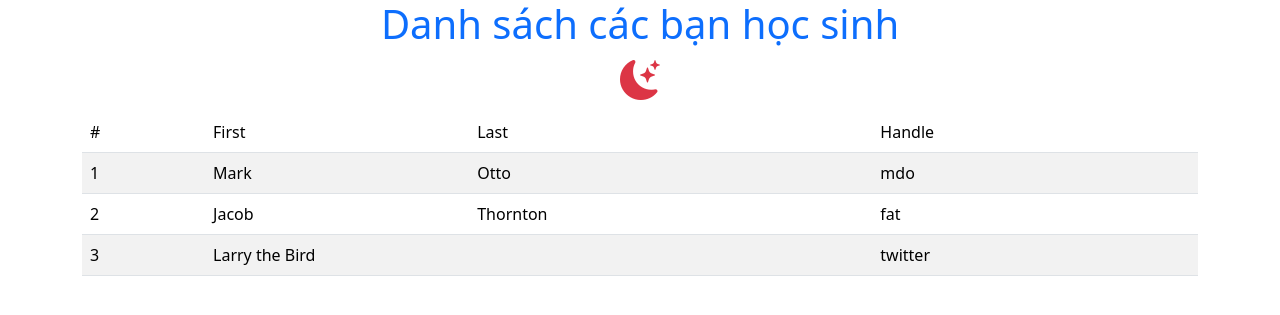
Repository: danghoanghai2k2/BeginAnguLar
Page: / (app in FirstAnGuLar/)
The author's editor kept a copy of each file at every save. The page is drawn from the files as they stood at one save, then again after the next save.
The browser window is 1280 px wide. The pictures show the whole page.
The project was rebuilt for these pictures with package versions that can differ from the ones it lists, and the page was loaded fresh each time. Also part of the build but not shown: FirstAnGuLar/angular.json.

Above is the page before, as saved 2024-06-06 16:41:34.

### FirstAnGuLar/src/index.html
<!doctype html>
<html lang="en">
<head>
  <meta charset="utf-8">
  <title>FirstAnGuLar</title>
  <base href="/">
  <meta name="viewport" content="width=device-width, initial-scale=1">
  <link rel="icon" type="img" href="../public/img/465.jpg">
</head>
<body>
  <app-root></app-root>
</body>
</html>

### FirstAnGuLar/src/styles.css

*,
*:before,
*:after {
  box-sizing: border-box;
}
* {
  margin: 0;
  padding: 0;
  font: inherit;
}
img,
picture,
svg,
video {
  display: block;
  max-width: 100%;
}
input,
select,
textarea {
  background-color: transparent;
  outline: none;
}
button {
  cursor: pointer;
  background-color: transparent;
  outline: none;
  border: 0;
}
body {
  min-height: 100vh;
  font-weight: 400;
  font-size: 16px;
  line-height: 1;
}

### FirstAnGuLar/src/main.ts
import { bootstrapApplication } from '@angular/platform-browser';
import { appConfig } from './app/app.config';
import { AppComponent } from './app/app.component';
// import { ChildComponent } from './app/child/child.component';

bootstrapApplication(AppComponent, appConfig)
  .catch((err) => console.error(err));

### FirstAnGuLar/src/app/app.component.ts
import { Component } from '@angular/core';
import { RouterOutlet } from '@angular/router';
import { User } from './common/User';

@Component({
  selector: 'app-root',
  standalone: true,
  imports: [RouterOutlet],
  templateUrl: './app.component.html',
  styleUrl: './app.component.css'
})
export class AppComponent {
  // tạo ra thẻ tiêu đề
  lists = 'Danh sách các bạn học sinh';
  users:User  = {
    id: 1,
    name: 'Nguyễn Văn A',
    email:'danghoanghai2k2@gmail.com',
    address:'thái Bình - Tiền Hải',

    getName() {
        return this.name;
    },
  }
}

### FirstAnGuLar/src/app/app.component.html
<div class="container">
    <div class="header">
        <h1 class="text-center text-primary">{{lists}}</h1>
        <h1 class="text-center text-danger"><i class="bi bi-moon-stars-fill"></i></h1>
    </div>
    <table class="table table-striped">
        <thead>
          <tr>
            <th scope="col">#</th>
            <th scope="col">First</th>
            <th scope="col">Last</th>
            <th scope="col">Handle</th>
          </tr>
        </thead>
        <tbody>
          <tr>
            <th scope="row">1</th>
            <td>Mark</td>
            <td>Otto</td>
            <td>mdo</td>
          </tr>
          <tr>
            <th scope="row">2</th>
            <td>Jacob</td>
            <td>Thornton</td>
            <td>fat</td>
          </tr>
          <tr>
            <th scope="row">3</th>
            <td colspan="2">Larry the Bird</td>
            <td>twitter</td>
          </tr>
        </tbody>
      </table>

</div>

Loaded but not shown: FirstAnGuLar/src/app/app.config.ts (common file); FirstAnGuLar/src/app/app.routes.ts (common file); FirstAnGuLar/src/app/app.component.css (no stored copy; drawn as an empty file)

After the next save:
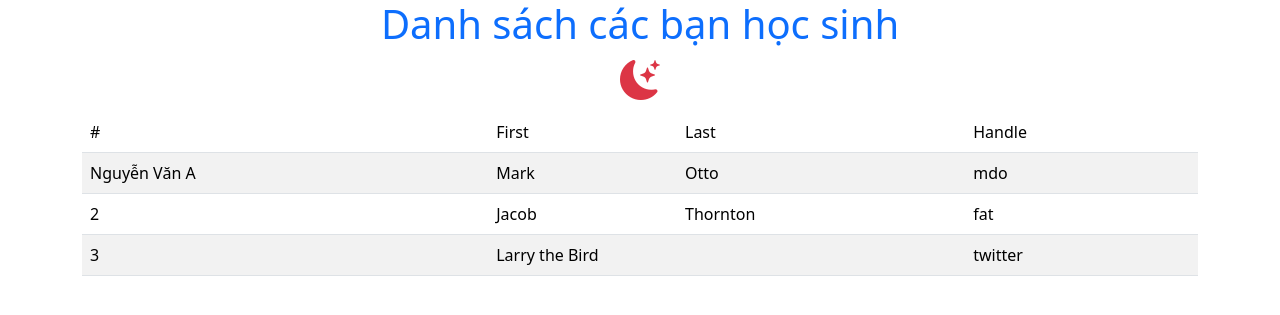
Saved 29 s later.
--- a/FirstAnGuLar/src/app/app.component.html
+++ b/FirstAnGuLar/src/app/app.component.html
@@ -14,7 +14,7 @@
         </thead>
         <tbody>
           <tr>
-            <th scope="row">1</th>
+            <th scope="row">{{users.getName()}}</th>
             <td>Mark</td>
             <td>Otto</td>
             <td>mdo</td>
